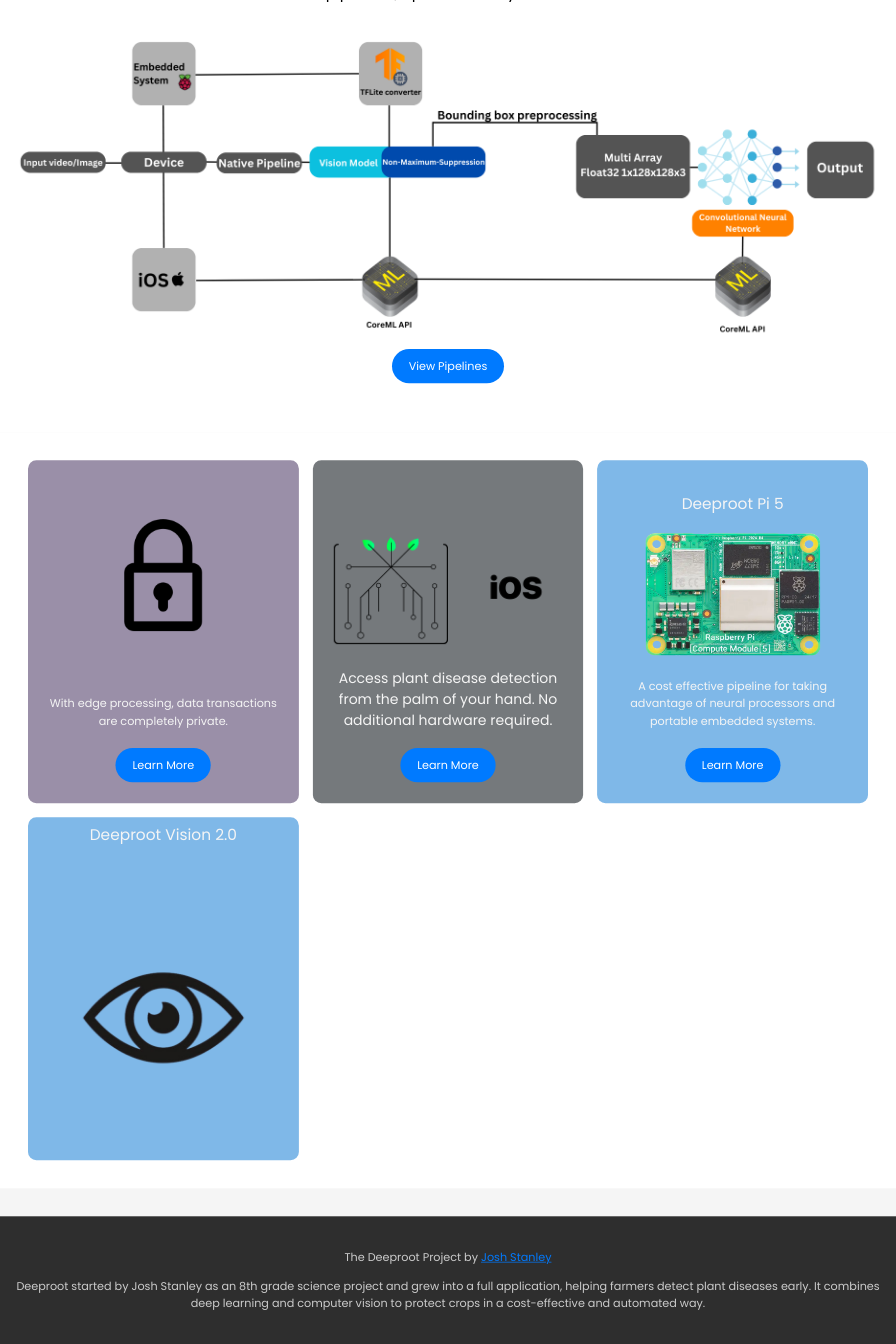
Repository: jss1118/The-Deeproot-Project
Page: Website/index.html
The author's editor kept a copy of each file at every save. The page is drawn from the files as they stood at one save, then again after the next save.
The browser window is 1280 px wide. The pictures show the part of the page from y = 1292 to 3212 px (the page is 3212 px tall), at 70% of full size.

Above is the page before, as saved 2025-03-21 20:27:15.

### Website/index.html
<!DOCTYPE html>
<html lang="en">

<head>
  <meta charset="UTF-8">
  <meta name="viewport" content="width=device-width, initial-scale=1.0">
  <title>Deeproot A.I</title>
  <link href="https://fonts.googleapis.com/css2?family=Poppins:wght@400;600&display=swap" rel="stylesheet">
  <style>
    body {
      margin: 0;
      font-family: 'Poppins', sans-serif;
      overflow-x: hidden;
      background-color: #f5f5f5;
    }

    nav {
      background: rgba(22, 22, 22, 0.9);
      position: sticky;
      top: 0;
      width: 100%;
      z-index: 1000;
      display: flex;
      justify-content: center;
    }

    .navlinks {
      list-style: none;
      display: flex;
      gap: 30px;
      padding: 15px;
      margin: 0;
    }

    .navlink, .navicon svg {
      color: #d3d3d3;
      text-decoration: none;
      transition: color 0.3s;
    }

    .navlink:hover, .mainpagelink a:hover {
      color: white;
    }

    .mainpage2, .mainpage3, .mainpage4 {
      padding: 60px 20px;
      text-align: center;
    }

    .mainpage2 {
      background: linear-gradient(135deg, #2e2e2e, #4f4f4f);
      color: white;
    }

    .mainpage2 img, .mainpage3 img, .promo1 img {
      max-width: 100%;
      height: auto;

    }

    .mp2-title1 {
      font-size: 56px;
      font-weight: 600;
      margin-bottom: 15px;
    }

    .mp2-desc, .mp3desc, .titlefont {
      font-size: 22px;
      margin-bottom: 25px;
    }
    .promo4title {
      font-size: 22px;
      margin-bottom: 5px;
      position: relative;
      bottom: 67px;
    }
    .mainpagelink a {
      display: inline-block;
      margin: 10px;
      padding: 12px 24px;
      background: #007aff;
      color: white;
      border-radius: 25px;
      text-decoration: none;
      transition: background 0.3s;
    }

    .mainpage3 {
      background: white;
    }

    .mainpage3 img {
      margin-top: 20px;
      border-radius: 12px;
    }

    .mainpage4 {
      display: grid;
      grid-template-columns: repeat(auto-fit, minmax(300px, 1fr));
      gap: 20px;
      background-color: white;
      padding: 40px;
    }

    .promo1, .promo2, .promo3, .promo4, .promo5, .promo6 {
      background-size: cover;
      background-position: center;
      height: 450px;
      display: flex;
      flex-direction: column;
      justify-content: flex-end;
      padding: 20px;
      color: white;
      border-radius: 12px;
      position: relative;
    }

    .promo1 img, .promo2 img, .promo3 img, .promo4 img, .promo5 img, .promo6 img {
      margin-bottom: 10px;
    }

    .promo1 {
      background-color: #9a8fa8;
      color: #f5f5f5;
    }
    .promo2 {
      background-color: #75797c;
      color: #f5f5f5;
      background-size: cover;
      background-position: center;
      height: 450px;
      display: flex;
      flex-direction: column;
      justify-content: flex-end;
      padding: 20px;
      border-radius: 12px;
      position: relative;
    }
    .promo2 p {
      font-size: 20px;
      margin-bottom: 15px;
    }

    .promo3 {
      background-color: #7fb8e8;
      color: #f5f5f5;
      background-size: cover;
      background-position: center;
      height: 450px;
      display: flex;
      flex-direction: column;
      justify-content: flex-end;
      padding: 20px;
      border-radius: 12px;
      position: relative;
    }
    .promo4 {
      background-color: #7fb8e8;
      color: #f5f5f5;
      background-size: cover;
      background-position: center;
      height: 450px;
      display: flex;
      flex-direction: column;
      justify-content: flex-end;
      padding: 20px;
      border-radius: 12px;
      position: relative;

    }
    .promo1 img {
      width: 160px;
      height: auto;
      margin: 0 auto 15px auto;
      display: block;
      background: none;
      position: relative;
      bottom: 60px;
    }

    .promo2 img {
      width: 360px;
      height: 400px;
      margin: 0 auto 15px auto;
      display: block;
      border-radius: 10px;

      position: relative;
      top: 100px;
    }
    .promo3 img {
      width: 250px;
      height: 175px;
      margin: 0 auto 15px auto;
      display: block;
      border-radius: 10px;

      position: relative;

    }

    footer {
      background-color: #2e2e2e;
      color: #ccc;
      text-align: center;
      padding: 30px 20px;
      margin-top: 40px;
    }

    footer a {
      color: #007aff;
      text-decoration: underline;
    }

    @media (max-width: 768px) {
      .mp2-title1 { font-size: 40px; }
      .mp2-desc, .mp3desc { font-size: 18px; }
      .mainpagelink a { padding: 10px 20px; }
    }
  </style>
</head>

<body>
  <nav>
    <ul class="navlinks">
      <li><a class="navlink" href="/">iOS</a></li>
      <li><a class="navlink" href="/applestore">Raspberry Pi 5</a></li>
      <li><a class="navlink" href="/">Native</a></li>
      <li><a class="navlink" href="/">State-of-the-art Models</a></li>
      <li><a class="navlink" href="/">Developers</a></li>
    </ul>
  </nav>

  <section class="mainpage2">
    <h1 class="mp2-title1">Deeproot</h1>
    <p class="mp2-desc">Portable. Fast. Secure.</p>
    <p class="mp2-desc">The all-in-one automated solution for early plant disease detection.</p>
    <div class="mainpagelink"><a href="#">Learn More</a></div>
    <img src="wide logo.png" alt="Deeproot Logo">
  </section>

  <section class="mainpage3">
    <p class="mp3desc">Three pipelines, optimized for your use case.</p>
    <img src="newgraph.png" alt="Machine Learning Pipelines">
    <div class="mainpagelink"><a href="#">View Pipelines</a></div>
  </section>

  <section class="mainpage4">
    <div class="promo1">
      <img src="lock.fill.png" alt="Promo icon">
      <p>With edge processing, data transactions are completely private. </p>
      <div class="mainpagelink"><a href="#">Learn More</a></div>
    </div>
    <div class="promo2">
      <img src="deeprootios.png" alt="ios icon">
      <p>Access plant disease detection from the palm of your hand. No additional hardware required.</p>
      <div class="mainpagelink"><a href="#">Learn More</a></div>
    </div>



    <div class="promo3">
      <p class="titlefont">Deeproot Pi 5</p>
      <img src="piembedded.png" alt="Raspberry pi embedded">
      <p>A cost effective pipeline for taking advantage of neural processors and portable embedded systems.</p>
      <div class="mainpagelink"><a href="#">Learn More</a></div>
    </div>
    <div class="promo4">
      <p class="promo4title">Deeproot Vision 2.0</p>

      <img src="eye.png" alt="eye image">
    </div>
    <div class="promo5"></div>
    <div class="promo6"></div>
  </section>

  <footer>
    <p>The Deeproot Project by <a href="https://github.com/jss1118/Deeproot-AI">Josh Stanley</a></p>
    <p>Deeproot started by Josh Stanley as an 8th grade science project and grew into a full application, helping farmers detect plant diseases early. It combines deep learning and computer vision to protect crops in a cost-effective and automated way.</p>
  </footer>
</body>
</html>

After the next save:
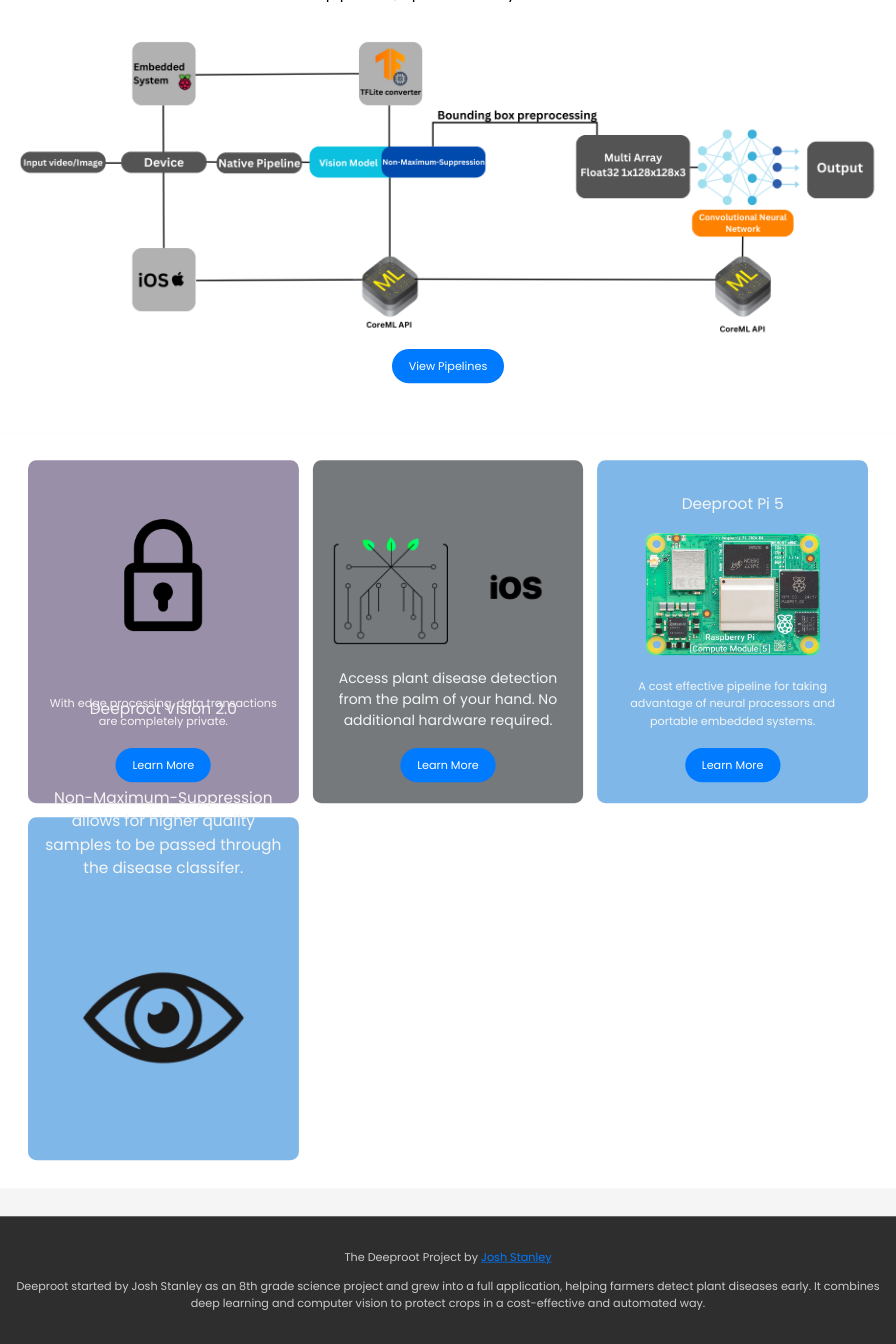
Saved 9 h 48 min later.
--- a/Website/index.html
+++ b/Website/index.html
@@ -267,6 +267,7 @@
     </div>
     <div class="promo4">
       <p class="promo4title">Deeproot Vision 2.0</p>
+      <p class="mp3desc">Non-Maximum-Suppression allows for higher quality samples to be passed through the disease classifer.</p>
 
       <img src="eye.png" alt="eye image">
     </div>
